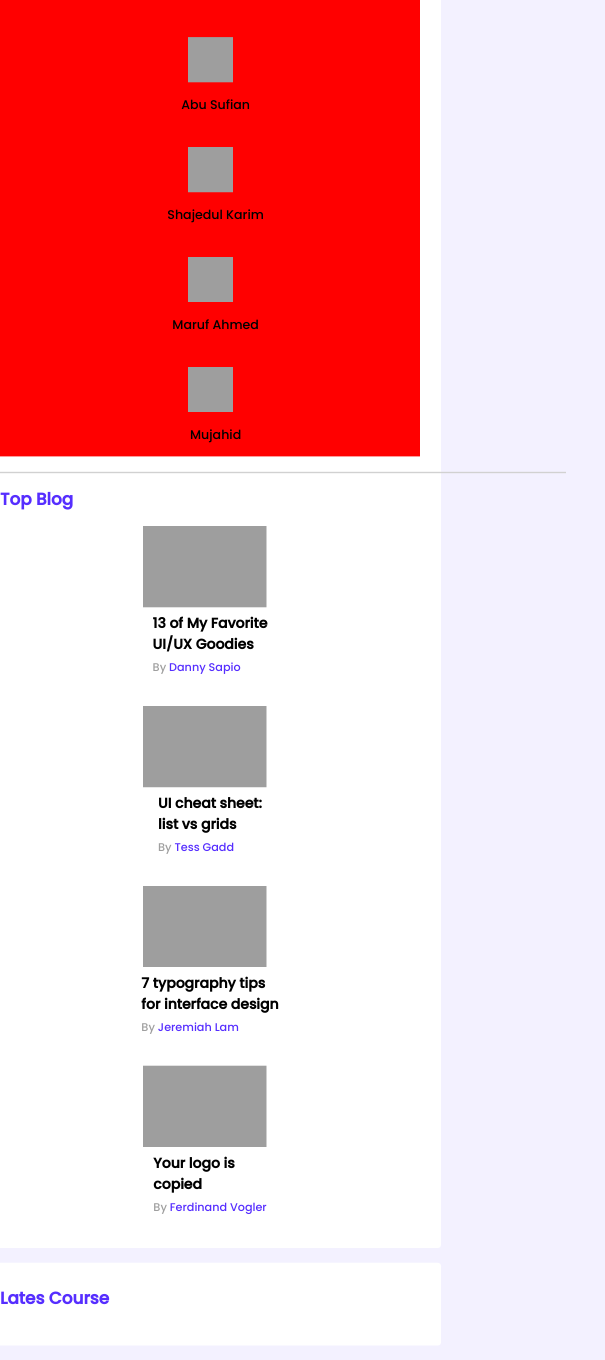
Repository: zjria/leader-board
Page: index.html
The author's editor kept a copy of each file at every save. The page is drawn from the files as they stood at one save, then again after the next save.
The browser window is 600 px wide. The page is 809 px wide, then 864 px, so the pictures cover 864 px, including what lies to the right of the window. The pictures show the part of the page from y = 440 to 2680 px (the page is 2383 px tall before and 2680 px after), at 70% of full size.
Pictures or frames that could not be fetched are drawn as grey boxes.

Above is the page before, as saved 2022-09-05 08:38:54.

After the next save:
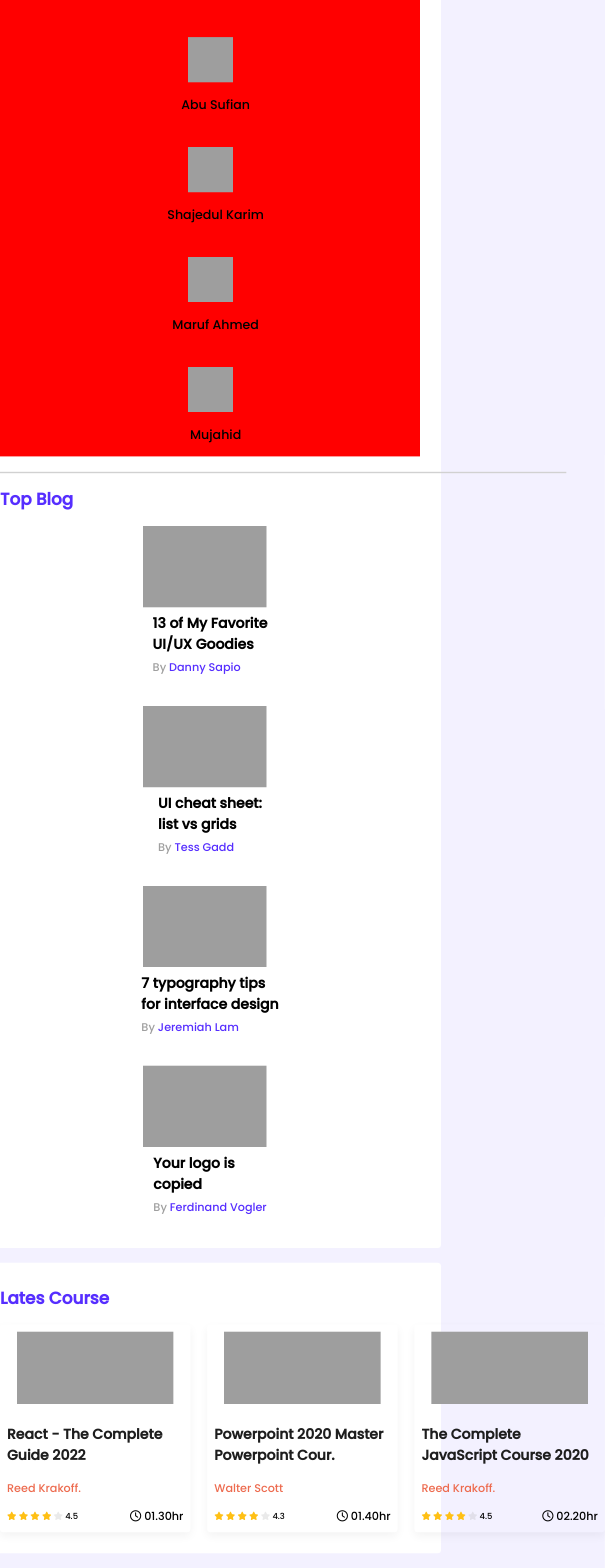
Saved 21 s later.
--- a/style/style.css
+++ b/style/style.css
@@ -212,7 +212,5 @@ Media Query
 
 
 
-    .course-all-info {
-        display: none;
-    }
-}
+
+}
